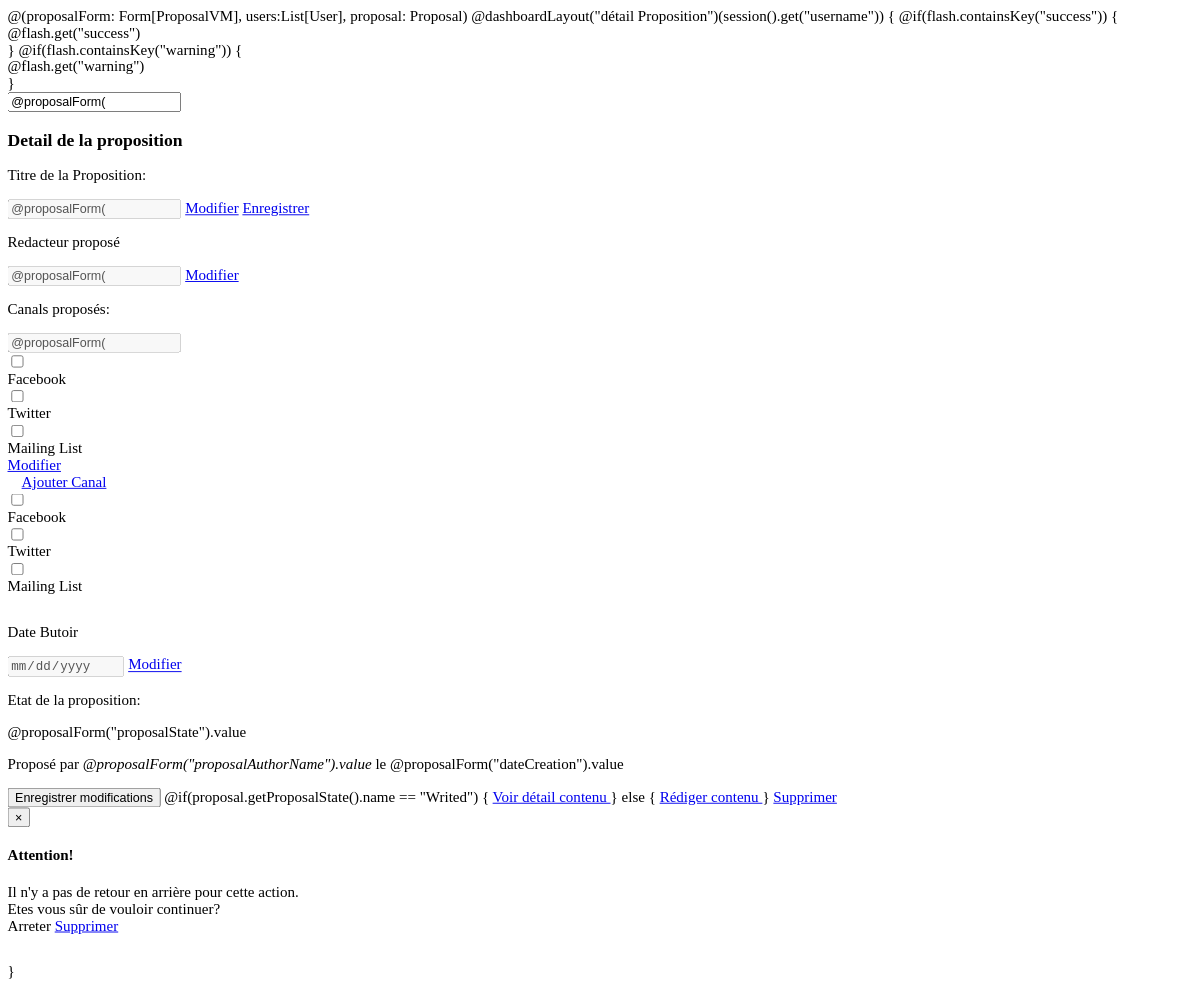
Repository: spirale-software/labo_master
Page: Application/oneDotCom/app/views/proposalDetail.scala.html
These files come from the project's save history. The page is drawn as it stood at one moment and after the next save; the edit follows.
The browser window is 1280 px wide. The pictures show the whole page, at 94% of full size.

Above is the page before, as saved 2017-04-17 14:34:52.

### Application/oneDotCom/app/views/proposalDetail.scala.html
@(proposalForm: Form[ProposalVM], users:List[User], proposal: Proposal)

@dashboardLayout("détail Proposition")(session().get("username")) {
	<meta content="text/html; charset=UTF-8" http-equiv="Content-Type">

	@if(flash.containsKey("success")) {
		<div class="alert alert-success" role="alert"> @flash.get("success") </div>
	}
	@if(flash.containsKey("warning")) {
		<div class="alert alert-warning" role="alert"> @flash.get("warning") </div>
	}

	<form action="@routes.ProposalController.editProposalAction()" method="post" id="formId">

		 <input type="text" class="hidden" value="@proposalForm("idProposal").value"  name="@proposalForm("idProposal").name" >

	 <div class="panel panel-default detail-proposal-style">
                <div class="panel-heading">
                    <h3 class="panel-title">Detail de la proposition</h3>
                </div>
                <div class="panel-body">
                    <div class="panel panel-default" style="margin-top: 10px">
                        <div class="panel-body">
                            <p class="col-lg-3 col-md-3 ">Titre de la Proposition: </p>
                            <input type="text" class="col-lg-6 col-md-6" id="titleId" disabled
                            	value="@proposalForm("proposalName").value"  name="@proposalForm("proposalName").name">

                            <a class="col-lg-3 col-md-3 " href="#" onclick ="enabledTitleEdition()" id="idModifier">Modifier</a>
                            <a class="hidden" href="#" onclick ="saveTitle()" id="idSaveTitle">
                            	Enregistrer
                            </a>

                        </div>
                    </div>

                    <div class="panel panel-default">
                        <div class="panel-body">

                        	<p class="col-lg-3 col-md-3 ">Redacteur proposé </p>
                            <input type="text" class="col-lg-6 col-md-6" id="writerId" disabled value = "@proposalForm("proposedWriter").value"
                            	name = "@proposalForm("proposedWriter").name" list="suggestions">
                            <a class="col-lg-3 col-md-3 " href="#" onclick ="enabledWriterEdition()">Modifier</a>

                            <datalist id="suggestions">
                    			@for(user <- users) {
                    				<option value="@user.getUsername()   <<@user.getEmail()>>">
                    			}
                    </datalist>

                        </div>
                    </div>


                    <div class="panel panel-default">
                        <div class="panel-body">

                        	<p class="col-lg-3 col-md-3 ">Canals proposés: </p>
                            <input type="text" class="col-lg-6 col-md-6" id="channelsId" disabled
                            	value="@proposalForm("proposedChannels").value"  name="@proposalForm("proposedChannels").name">


                            <div class="row proposal-collapse col-lg-6 col-md-6 hidden" id="listChannels">

							    <div class="input-group">
							      <span class="input-group-addon">
							        <input type="checkbox" name="@proposalForm("facebookProposed").name">
							      </span>
							      <div class=" form-control well well-sm">Facebook</div>
							    </div><!-- /input-group -->

							    <div class="input-group">
							      <span class="input-group-addon">
							        <input type="checkbox" name="@proposalForm("twitterProposed").name">
							      </span>
							      <div class=" form-control well well-sm">Twitter</div>
							    </div><!-- /input-group -->

							    <div class="input-group">
							      <span class="input-group-addon">
							        <input type="checkbox" name="@proposalForm("mailingListProposed").name">
							      </span>
							      <div class=" form-control well well-sm">Mailing List</div>
							    </div><!-- /input-group -->

							</div><!-- /.row -->

                            <a class="col-lg-3 col-md-3" href="#" onclick ="enabledChannelsEdition()">Modifier</a>

                        </div>
                    </div>


                    <div class="panel panel-default">
                        <div class="panel-body" style="padding-bottom:15px">

                        	<a  role="button" data-toggle="collapse" href="#collapseExample" aria-expanded="false"
                        		aria-controls="collapseExample" style="margin-left:15px;">
  								Ajouter Canal
							</a>

							<div class="collapse" id="collapseExample">

  								<div class="input-group">
							      <span class="input-group-addon">
							        <input type="checkbox" name="@proposalForm("facebookAdded").name">
							      </span>
							      <div class=" form-control well well-sm">Facebook</div>
							    </div><!-- /input-group -->

							    <div class="input-group">
							      <span class="input-group-addon">
							        <input type="checkbox" name="@proposalForm("twitterAdded").name" >
							      </span>
							      <div class=" form-control well well-sm">Twitter</div>
							    </div><!-- /input-group -->

							    <div class="input-group">
							      <span class="input-group-addon">
							        <input type="checkbox" name="@proposalForm("mailingListAdded").name">
							      </span>
							      <div class=" form-control well well-sm">Mailing List</div>
							    </div><!-- /input-group -->
							</div>

                        </div>
                    </div>


                    <div class="panel panel-default">
                        <div class="panel-body">
                            <p class="col-lg-3 col-md-3 ">Date Butoir </p>
                            <input type="date" class="col-lg-6 col-md-6" id="dateId" disabled
                            	value="@proposalForm("deadLine").value"  name="@proposalForm("deadLine").name">
                            <a class="col-lg-3 col-md-3 " href="#" onclick ="enabledDateEdition()">Modifier</a>
                        </div>
                    </div>

                    <div class="panel panel-default">
                        <div class="panel-body">
                            <p class="col-lg-3 col-md-3 ">Etat de la proposition: </p>
                            <p class="col-lg-9 col-md-9">@proposalForm("proposalState").value</p>
                        </div>
                    </div>

                    <div class="panel panel-default">
                        <div class="panel-body">
                            <p>Proposé par <em class="text-primary">@proposalForm("proposalAuthorName").value</em>
                             	le @proposalForm("dateCreation").value</p>
                        </div>
                    </div>

                    <div style="margin-bottom: 30px">
	                	<button type="submit" class="btn btn-primary" name="action" value="edit">
	                		Enregistrer modifications
	                	</button>

	                	@if(proposal.getProposalState().name == "Writed") {
	                		<a href="@routes.ProposalContentController.detailPropContAction(proposal.getIdProposal())" class="btn btn-primary" >
	                			Voir détail contenu
	                		</a>
	                	} else {
	                		<a href="@routes.ProposalContentController.proposalContentAction(proposal.getIdProposal())" class="btn btn-primary">
	                			Rédiger contenu
	                		</a>
	                	}



	               		<a href="#" class="btn btn-danger" name="action" value="delete"  id="sup"
	               			data-toggle="modal" data-target="#myModal">
	               			Supprimer
	               		</a>

	               		<!-- [Modal] -->
						<div class="modal fade" id="myModal" tabindex="-1" role="dialog" aria-labelledby="myModalLabel">
						  <div class="modal-dialog" role="document">
						    <div class="modal-content">
						      <div class="modal-header">
						        <button type="button" class="close" data-dismiss="modal" aria-label="Close"><span aria-hidden="true">&times;</span></button>
						        <h4 class="modal-title" id="myModalLabel">Attention!</h4>
						      </div>
						      <div class="modal-body">
						        Il n'y a pas de retour en arrière pour cette action.<br>
						        Etes vous sûr de vouloir continuer?
						      </div>
						      <div class="modal-footer">
						        <a type="button" class="btn btn-primary" data-dismiss="modal">Arreter</a>
						        <a href = "@routes.ProposalController.deleteProposalAction(proposalForm("idProposal").value)"
						        	type="button" class="btn btn-danger">Supprimer</a>
						      </div>
						    </div>
						  </div>
						</div>
						<!-- [/Modal] -->

                    </div>
                </div>
            </div>

            </form>

            <script>
            	function enabledTitleEdition() {
            		document.getElementById("titleId").disabled = false;

            		document.getElementById("idSaveTitle").hidden = false;
            		document.getElementById("idSaveTitle").className = "col-lg-3 col-md-3"

            		document.getElementById("idModifier").hidden = true;
            	}

            	function enabledWriterEdition() {
            		document.getElementById("writerId").disabled = false;
            	}

            	function enabledChannelsEdition() {
            		document.getElementById("channelsId").hidden = true;
            		document.getElementById("listChannels").className = "row proposal-collapse col-lg-6 col-md-6";
            	}

            	function enabledDateEdition() {
            		document.getElementById("dateId").disabled = false;
            	}

            	function saveTitle() {
            		document.getElementById("idSaveTitle").hidden = true;
            		document.getElementById("titleId").disabled = true;

            		document.getElementById("idModifier").hidden = false;
            		document.getElementById("idModifier").className = "col-lg-3 col-md-3";
            	}

            </script>




}

After the next save:
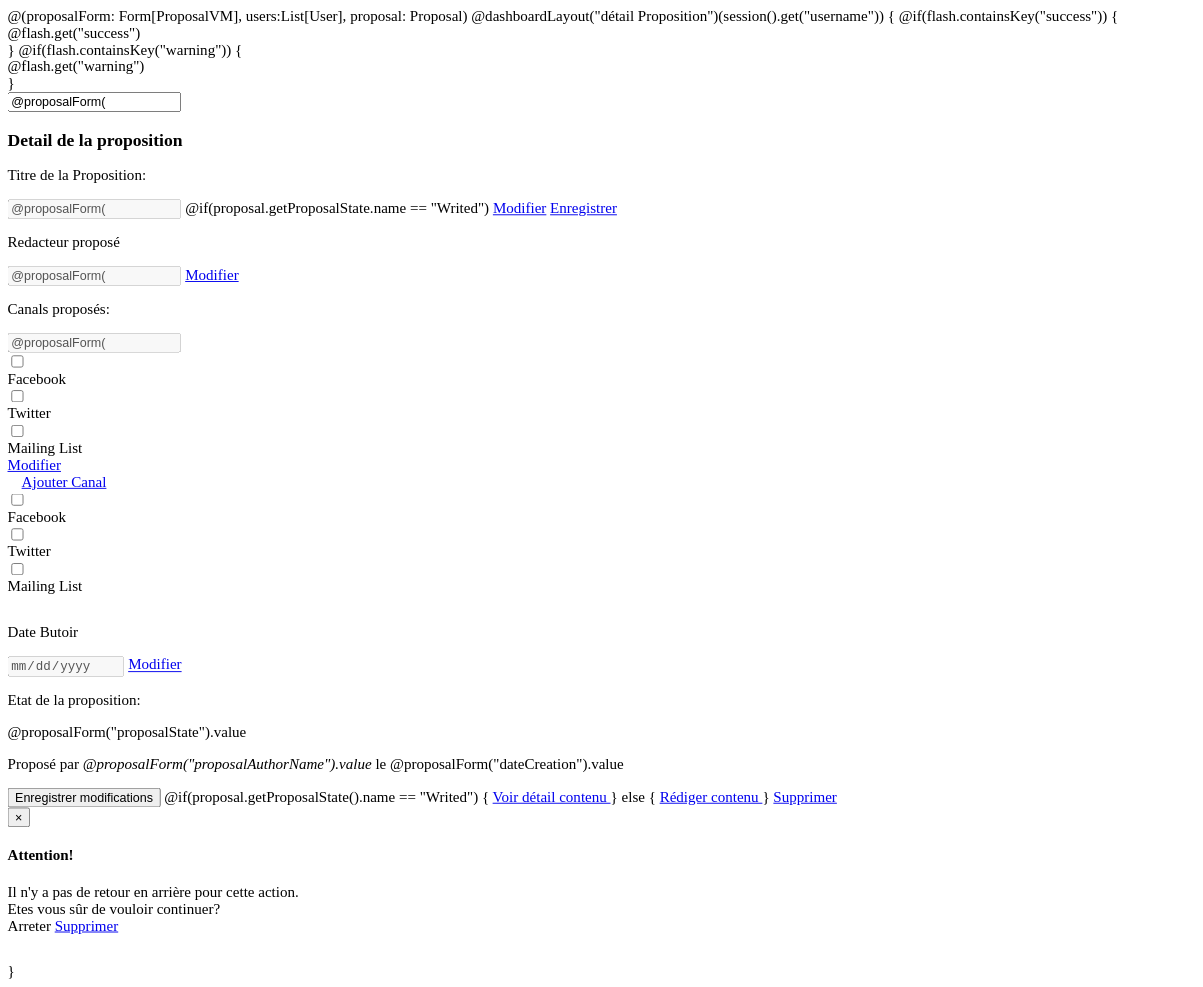
Saved 5 min 3 s later.
--- a/Application/oneDotCom/app/views/proposalDetail.scala.html
+++ b/Application/oneDotCom/app/views/proposalDetail.scala.html
@@ -24,7 +24,7 @@
                             <p class="col-lg-3 col-md-3 ">Titre de la Proposition: </p>
                             <input type="text" class="col-lg-6 col-md-6" id="titleId" disabled
                             	value="@proposalForm("proposalName").value"  name="@proposalForm("proposalName").name">
-
+                            @if(proposal.getProposalState.name == "Writed")
                             <a class="col-lg-3 col-md-3 " href="#" onclick ="enabledTitleEdition()" id="idModifier">Modifier</a>
                             <a class="hidden" href="#" onclick ="saveTitle()" id="idSaveTitle">
                             	Enregistrer
